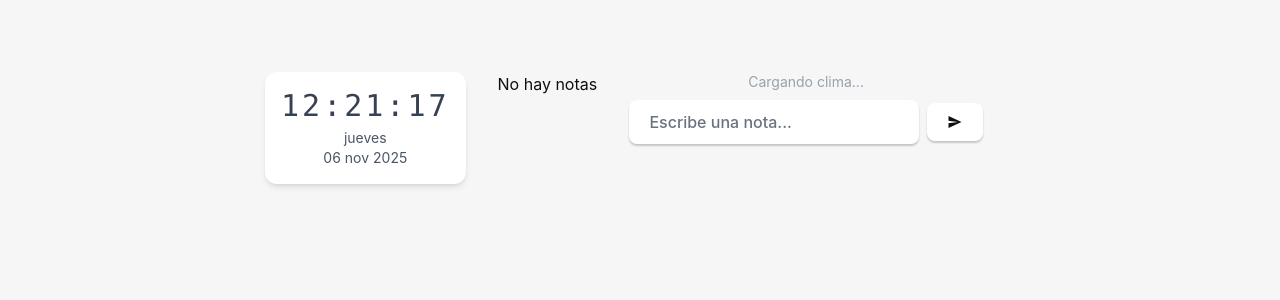
Repository: CodeByEvans/my-romantic-widget
Page: /
These files come from the project's save history. The page is drawn as it stood at one moment and after the next save; the edit follows.
The browser window is 1280 px wide. The pictures show the whole page.
The page's requests for data from a server got no answer. The project was rebuilt for these pictures with package versions that can differ from the ones it lists, and the page was loaded fresh each time. No one was signed in, and anything a server would have sent is missing. Also part of the build but not shown: vite.config.ts.

Above is the page before, as saved 2025-11-06 12:34:23.

After the next save:
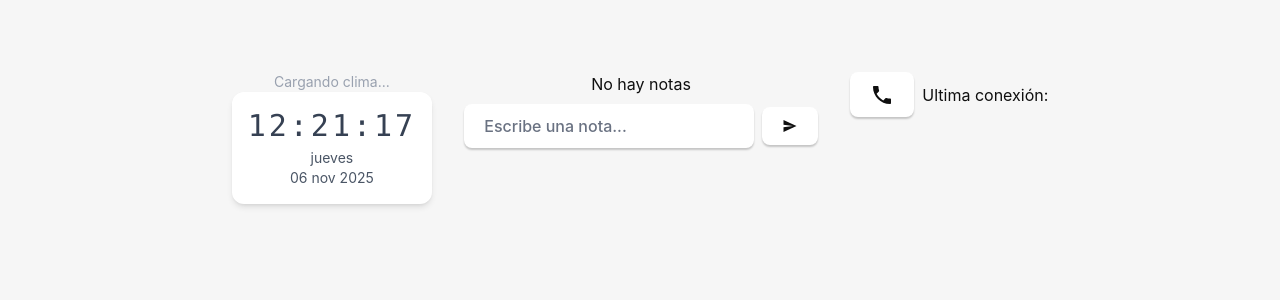
Saved 4 min 27 s later.
--- a/src/App.tsx
+++ b/src/App.tsx
@@ -1,4 +1,5 @@
 import "./App.css";
+import CallButton from "./components/CallButton";
 import { Clock } from "./components/Clock";
 import { NoteInput } from "./components/NoteInput";
 import { NotesList } from "./components/NotesList";
@@ -8,13 +9,18 @@
   return (
     <main className="container mx-auto p-4">
       <section className="flex flex-row gap-8  max-w-4xl mx-auto">
-        <Clock />
-        <NotesList />
         <div>
           <WeatherWidget />
+          <Clock />
+        </div>
+
+        <div>
+          <NotesList />
           <NoteInput />
         </div>
-        <div></div>
+        <div>
+          <CallButton />
+        </div>
       </section>
     </main>
   );

After the save that followed:
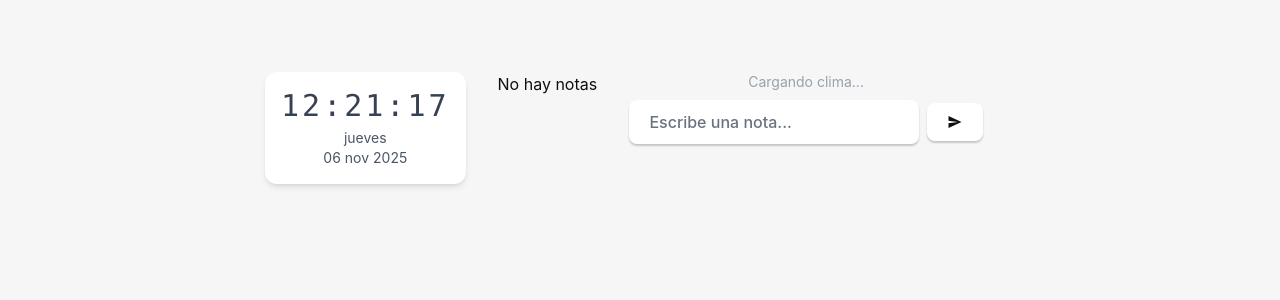
Saved 16 s later.
--- a/src/App.tsx
+++ b/src/App.tsx
@@ -1,5 +1,4 @@
 import "./App.css";
-import CallButton from "./components/CallButton";
 import { Clock } from "./components/Clock";
 import { NoteInput } from "./components/NoteInput";
 import { NotesList } from "./components/NotesList";
@@ -9,18 +8,13 @@
   return (
     <main className="container mx-auto p-4">
       <section className="flex flex-row gap-8  max-w-4xl mx-auto">
+        <Clock />
+        <NotesList />
         <div>
           <WeatherWidget />
-          <Clock />
-        </div>
-
-        <div>
-          <NotesList />
           <NoteInput />
         </div>
-        <div>
-          <CallButton />
-        </div>
+        <div></div>
       </section>
     </main>
   );
